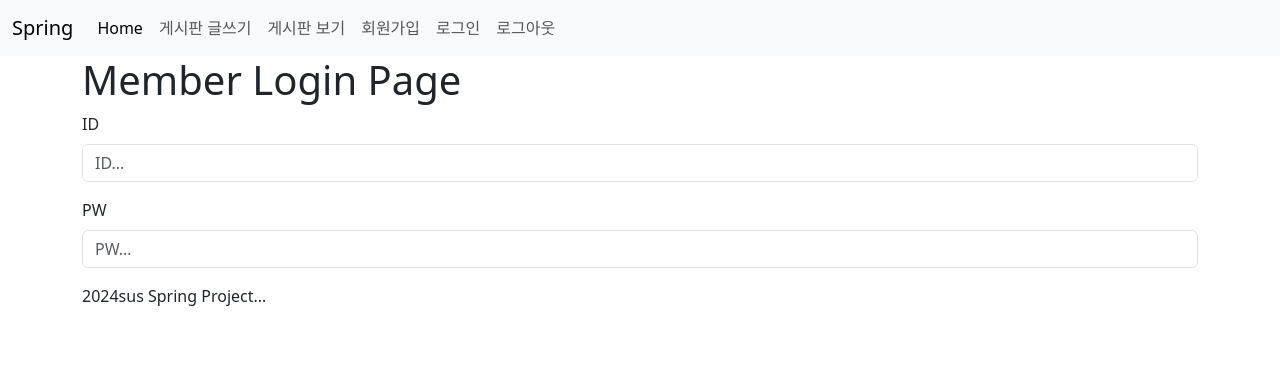
Repository: Ceciliaseon/springTest20240430
Page: http://localhost/spring_study/WEB-INF/views/member/login.jsp
These files come from the project's save history. The page is drawn as it stood at one moment and after the next save; the edit follows.
The browser window is 1280 px wide. The pictures show the whole page.
The page is served by Tomcat 9. Nobody is signed in. The template is opened directly, without the code that normally fills it, so the values that code supplies are empty.

Above is the page before, as saved 2024-04-25 07:43:48.

### spring_study/src/main/webapp/WEB-INF/views/member/login.jsp
<%@ page language="java" contentType="text/html; charset=UTF-8"
    pageEncoding="UTF-8"%>

<jsp:include page="../layout/header.jsp" />

<div class="container-md">
	<h1>Member Login Page</h1>
	<form action="/member/register" method="post">
		<div class="mb-3">
		  <label for="i" class="form-label">ID</label>
		  <input type="text" class="form-control" name="id" id="i" placeholder="ID...">
		</div>
		<div class="mb-3">
		  <label for="p" class="form-label">PW</label>
		  <input type="password" class="form-control" name="pw" id="p" placeholder="PW...">
		</div>
	</form>
</div>

<jsp:include page="../layout/footer.jsp" />

### spring_study/src/main/webapp/WEB-INF/views/layout/header.jsp
<%@ page language="java" contentType="text/html; charset=UTF-8"
    pageEncoding="UTF-8"%>
<!DOCTYPE html>
<html>
<head>
<meta charset="UTF-8">
<title>header.jsp</title>
<link href="https://cdn.jsdelivr.net/npm/bootstrap@5.3.3/dist/css/bootstrap.min.css" rel="stylesheet" integrity="sha384-QWTKZyjpPEjISv5WaRU9OFeRpok6YctnYmDr5pNlyT2bRjXh0JMhjY6hW+ALEwIH" crossorigin="anonymous">
<script src="https://cdn.jsdelivr.net/npm/bootstrap@5.3.3/dist/js/bootstrap.bundle.min.js" integrity="sha384-YvpcrYf0tY3lHB60NNkmXc5s9fDVZLESaAA55NDzOxhy9GkcIdslK1eN7N6jIeHz" crossorigin="anonymous"></script>
</head>
<body>

<nav class="navbar navbar-expand-lg bg-body-tertiary">
  <div class="container-fluid">
    <a class="navbar-brand" href="#">Spring</a>
    <button class="navbar-toggler" type="button" data-bs-toggle="collapse" data-bs-target="#navbarSupportedContent" aria-controls="navbarSupportedContent" aria-expanded="false" aria-label="Toggle navigation">
      <span class="navbar-toggler-icon"></span>
    </button>
    <div class="collapse navbar-collapse" id="navbarSupportedContent">
      <ul class="navbar-nav me-auto mb-2 mb-lg-0">
        <li class="nav-item">
          <a class="nav-link active" aria-current="page" href="#">Home</a>
        </li>
        <li class="nav-item">
          <a class="nav-link" href="/board/register">게시판 글쓰기</a>
        </li>
        <li class="nav-item">
          <a class="nav-link" href="/board/list">게시판 보기</a>
        </li>
        <li class="nav-item">
          <a class="nav-link" href="/member/register">회원가입</a>
        </li>
        <li class="nav-item">
          <a class="nav-link" href="#">로그인</a>
        </li>
        <li class="nav-item">
          <a class="nav-link" href="#">로그아웃</a>
        </li>
      </ul>
    </div>
  </div>
</nav>

### spring_study/src/main/webapp/WEB-INF/views/layout/footer.jsp
<%@ page language="java" contentType="text/html; charset=UTF-8"
    pageEncoding="UTF-8"%>

<div class="container-md">
	2024sus Spring Project...
</div>

</body>
</html>

After the next save:
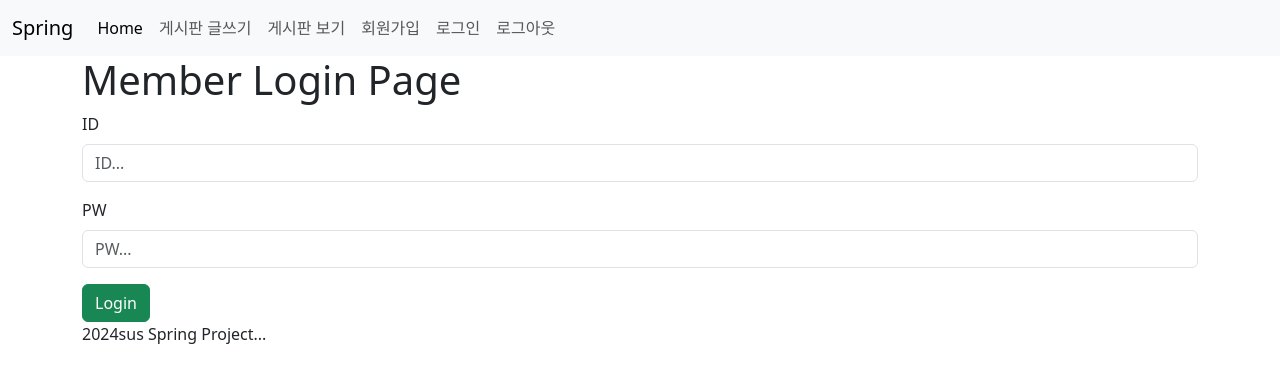
Saved 26 s later.
--- a/spring_study/src/main/webapp/WEB-INF/views/member/login.jsp
+++ b/spring_study/src/main/webapp/WEB-INF/views/member/login.jsp
@@ -5,7 +5,7 @@
 
 <div class="container-md">
 	<h1>Member Login Page</h1>
-	<form action="/member/register" method="post">
+	<form action="/member/login" method="post">
 		<div class="mb-3">
 		  <label for="i" class="form-label">ID</label>
 		  <input type="text" class="form-control" name="id" id="i" placeholder="ID...">
@@ -14,6 +14,7 @@
 		  <label for="p" class="form-label">PW</label>
 		  <input type="password" class="form-control" name="pw" id="p" placeholder="PW...">
 		</div>
+		<button type="submit" class="btn btn-success">Login</button>
 	</form>
 </div>
 
